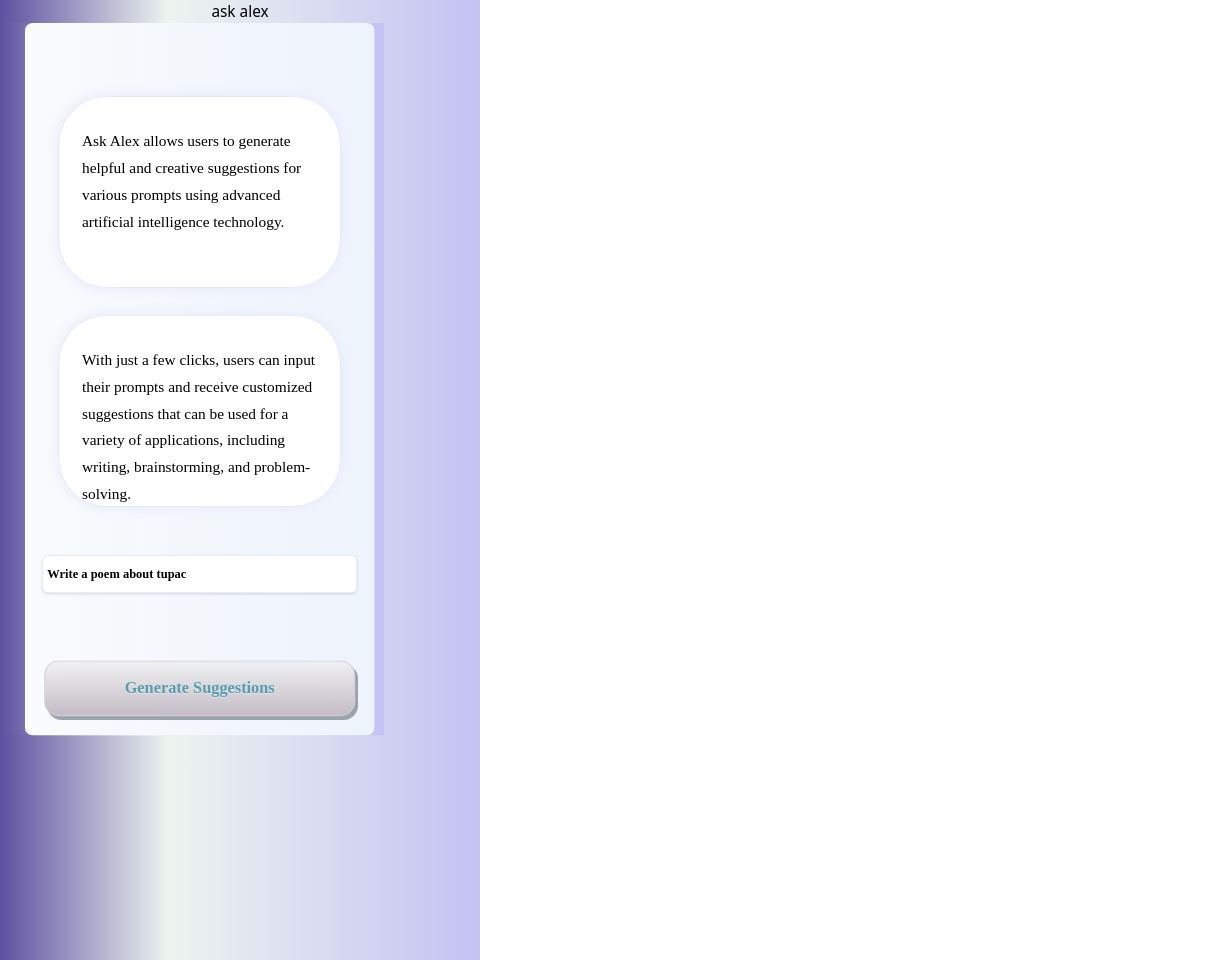
Repository: djdjdallas/AskAlex
Page: /
An editor plug-in stored every save of this project. The page is shown before and after the next save, followed by the edit.
The browser window is 1280 px wide. The pictures show the whole page, at 96% of full size.
The project was rebuilt for these pictures with package versions that can differ from the ones it lists, and the page was loaded fresh each time. Also part of the build but not shown: webpack.config.js.

Above is the page before, as saved 2023-02-27 18:38:54.

After the next save:
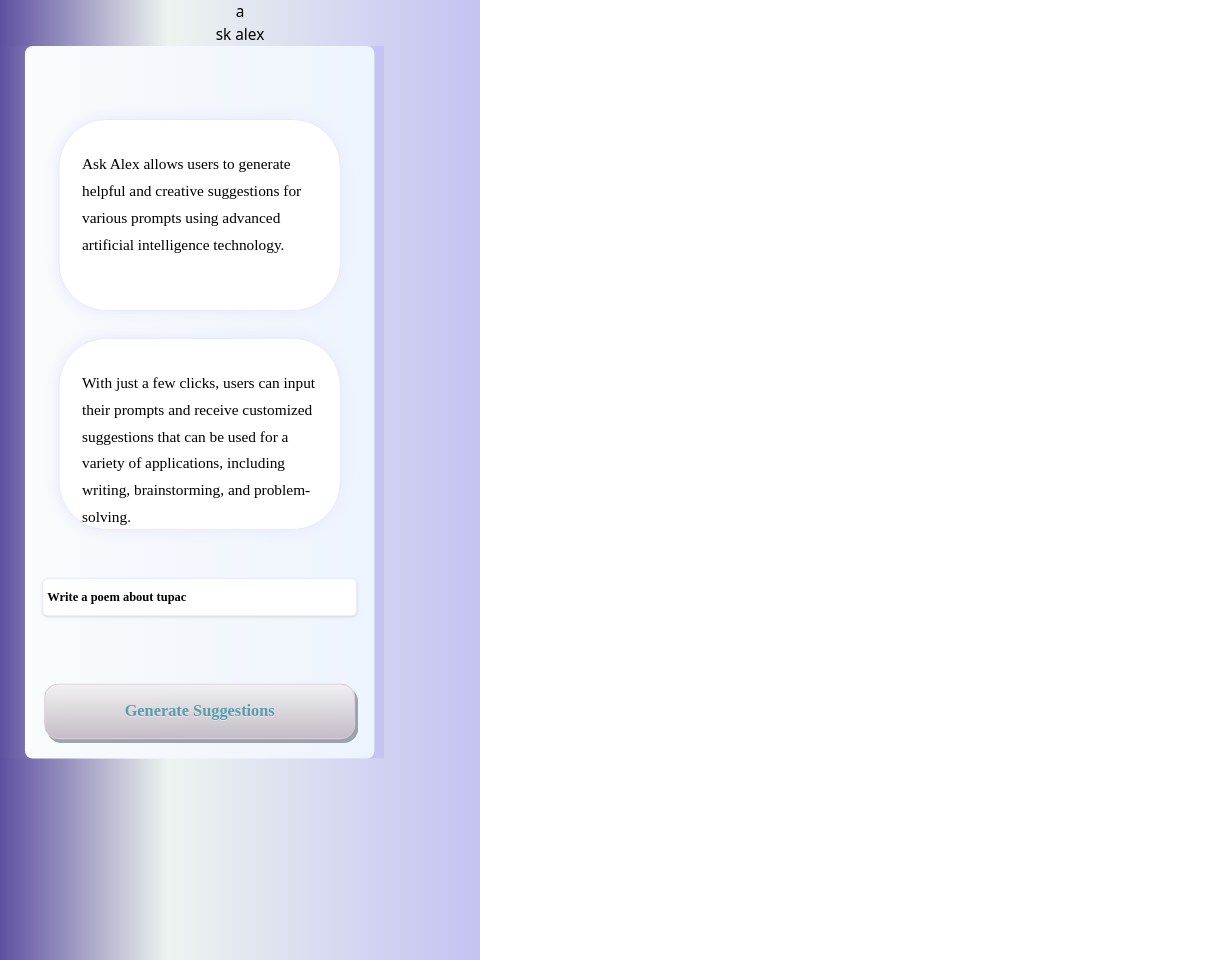
Saved 69 s later.
--- a/src/App.js
+++ b/src/App.js
@@ -4,7 +4,12 @@
 function App() {
   return (
     <div className="App w-[500px]">
-      <h1>ask alex</h1>
+      <div>
+        <div>
+          <h1>a</h1>
+        </div>
+        <h1>sk alex</h1>
+      </div>
       <header className="App-header bg-gradient-to-r from-[#5E50A0] via-[#EDF4EF] to-[#C4C2F3] w-[25rem]">
         <div className="bg-gradient-to-r from-[#5E50A0] via-[#EDF4EF] to-[#C4C2F3]  w-[100%] flex justify-center items-center"></div>
         <Popup />
